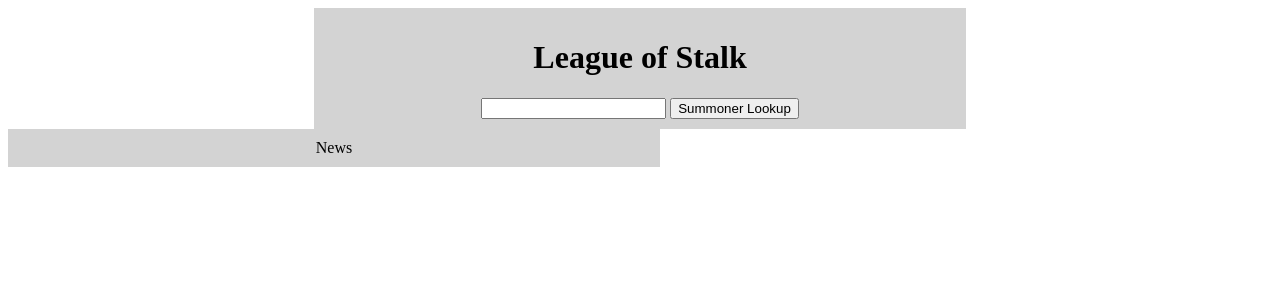
Repository: Dreifingerjpey/TestLos
Page: http://localhost/LeagueOfStalk/
The author's editor kept a copy of each file at every save. The page is drawn from the files as they stood at one save, then again after the next save.
The browser window is 1280 px wide. The pictures show the whole page.
The page is served by Tomcat 9.

Above is the page before, as saved 2017-08-05 10:36:58.

After the next save:
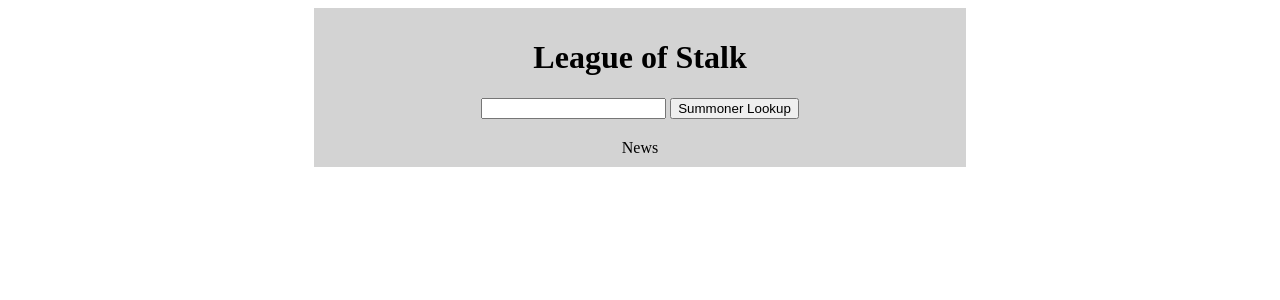
Saved 24 s later.
--- a/Eclipse/LeagueOfStalk/WebContent/CSS/Style.css
+++ b/Eclipse/LeagueOfStalk/WebContent/CSS/Style.css
@@ -21,10 +21,12 @@
 		background-color: lightgrey;
 	}
 	.frontpage{
-	background-color: lightgrey;
-	text-align: center;
-	width: 50%;
-	padding: 10px;
+		background-color: lightgrey;
+		text-align: center;
+		width: 50%;
+		padding: 10px;
+		margin: auto;
+		display: block;
 	}
 	h1{
 
